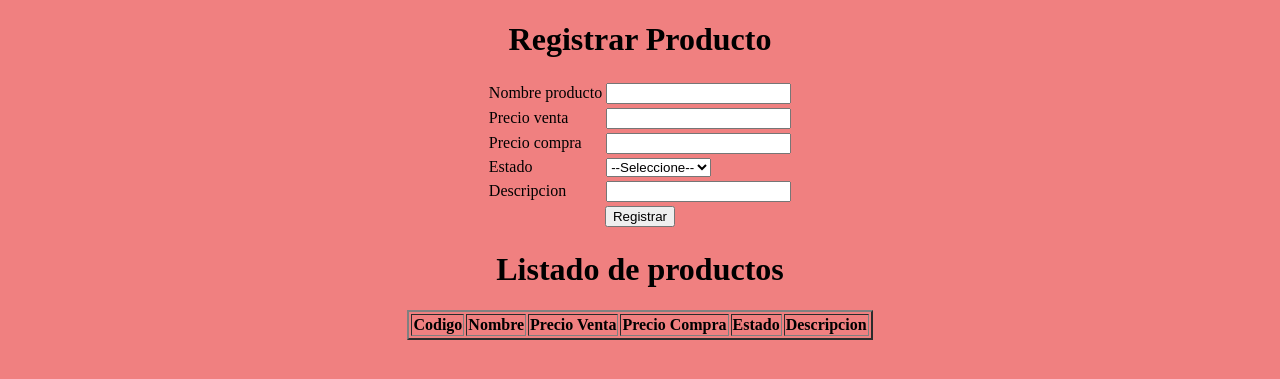
Repository: NayshaOCruz98/CL2ORTIZ
Page: http://localhost/LPII_CL2_ORTIZCRUZNAYSHA/ControladorServletprod
The author's editor kept a copy of each file at every save. The page is drawn from the files as they stood at one save, then again after the next save.
The browser window is 1280 px wide. The pictures show the whole page.
The page is served by Tomcat 9. Other server files are loaded and not shown.

Above is the page before, as saved 2023-10-24 23:02:56.

### LPII_CL2_ORTIZCRUZNAYSHA/src/main/webapp/RegistrarProducto.jsp
<%@ page language="java" contentType="text/html; charset=ISO-8859-1"
    pageEncoding="ISO-8859-1"%>
<%@page import="model.TblProductocl2" %>
<%@page import="java.util.*" %>
<!DOCTYPE html PUBLIC "-//W3C//DTD HTML 4.01 Transitional//EN" "http://www.w3.org/TR/html4/loose.dtd">
<html>
<head>
<meta http-equiv="Content-Type" content="text/html; charset=ISO-8859-1">
<title>Registrar producto</title>
</head>
<body bgcolor="#F08080">
<h1 align="center">Registrar Producto</h1>
<form action="ControladorServletprod" method="post">

<table align="center">
<tr>
<td>Nombre producto</td>
<td><input type="text" name="nombre"></td>
</tr>
<tr>
<td>Precio venta</td>
<td><input type="text" name="precioventa"></td>
</tr>
<tr>
<td>Precio compra</td>
<td><input type="text" name="PrecioCompra"></td>
</tr>
<tr>
<td>Estado</td>
<td>
<select name="estado">
	<option>--Seleccione--</option>
	<option>Vigente</option>
	<option>Agotado</option>
</select>
</td>
</tr>
<tr>
<td>Descripcion</td>
<td><input type="text" name="descrip"></td>
</tr>
<tr >
<td colspan="2" align="center" >
<input type="submit" name="Registra Producto" value="Registrar">
</td>
</tr>
</table>
</form>
<!--  <td><input type="submit" name="Registra Producto"></td>-->

<h1 align="center">Listado de productos</h1>
<table align="center" border="2">
<tr>
<th>Codigo</th>
<th>Nombre</th>
<th>Precio Venta</th>
<th>Precio Compra</th>
<th>Estado</th>
<th>Descripcion</th>

<%
List<TblProductocl2> Listadoproducto=(List<TblProductocl2>)request.getAttribute("listado");
if(Listadoproducto!=null){
	for(TblProductocl2 lis:Listadoproducto){
%>
<tr>
<td>
<%=lis.getIdproducto() %>
</td>
<td>
<%=lis.getNombrecl2() %>
</td>
<td>
<%=lis.getPrecioventacl2() %>
</td>
<td>
<%=lis.getPreciocompracl2() %>
</td>
<td>
<%=lis.getEstadocl2() %>
</td>
<td>
<%=lis.getDescripcioncl2() %>
</td>
</tr>
<%

	}
}
%>
</table>

</body>

</html>

### LPII_CL2_ORTIZCRUZNAYSHA/src/main/java/Controlador/ControladorServletprod.java
package Controlador;

import java.io.IOException;
import java.util.List;

import javax.servlet.ServletException;
import javax.servlet.http.HttpServlet;
import javax.servlet.http.HttpServletRequest;
import javax.servlet.http.HttpServletResponse;

import Dao.ClassCrudProducto;
import model.TblProductocl2;

/**
 * Servlet implementation class ControladorServletprod
 */
public class ControladorServletprod extends HttpServlet {
	private static final long serialVersionUID = 1L;

    /**
     * @see HttpServlet#HttpServlet()
     */
    public ControladorServletprod() {
        super();
        // TODO Auto-generated constructor stub
    }

	/**
	 * @see HttpServlet#doGet(HttpServletRequest request, HttpServletResponse response)
	 */
	protected void doGet(HttpServletRequest request, HttpServletResponse response) throws ServletException, IOException {
		// TODO Auto-generated method stub
		//response.getWriter().append("Served at: ").append(request.getContextPath());
		request.getRequestDispatcher("/RegistrarProducto.jsp").forward(request, response);
	}

	/**
	 * @see HttpServlet#doPost(HttpServletRequest request, HttpServletResponse response)
	 */
	protected void doPost(HttpServletRequest request, HttpServletResponse response) throws ServletException, IOException {
		// TODO Auto-generated method stub
		//doGet(request, response);
		String nombre=request.getParameter("nombre");
		double precioV=Double.parseDouble(request.getParameter("precioventa"));
		double precioC=Double.parseDouble(request.getParameter("PrecioCompra"));
		String estado=request.getParameter("estado");
		String descrip=request.getParameter("descrip");

		TblProductocl2 tprod = new TblProductocl2();
		ClassCrudProducto crud= new ClassCrudProducto();

		tprod.setNombrecl2(nombre);
		tprod.setPrecioventacl2(precioV);
		tprod.setPreciocompracl2(precioC);
		tprod.setEstadocl2(estado);
		tprod.setDescripcioncl2(descrip);

		crud.RegistrarProducto(tprod);
		List<TblProductocl2> listarproducto=crud.ListadoProducto();
		request.setAttribute("listado", listarproducto);
		request.getRequestDispatcher("/RegistrarProducto.jsp").forward(request, response);


	}

}

After the next save:
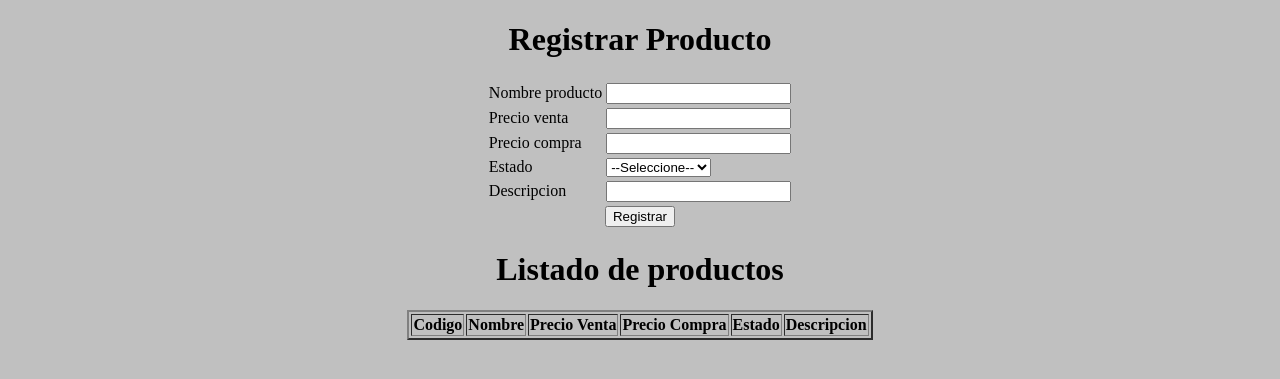
Saved 113 s later.
--- a/LPII_CL2_ORTIZCRUZNAYSHA/src/main/webapp/RegistrarProducto.jsp
+++ b/LPII_CL2_ORTIZCRUZNAYSHA/src/main/webapp/RegistrarProducto.jsp
@@ -8,7 +8,7 @@
 <meta http-equiv="Content-Type" content="text/html; charset=ISO-8859-1">
 <title>Registrar producto</title>
 </head>
-<body bgcolor="#F08080">
+<body bgcolor="#C0C0C0">
 <h1 align="center">Registrar Producto</h1>
 <form action="ControladorServletprod" method="post">
 
